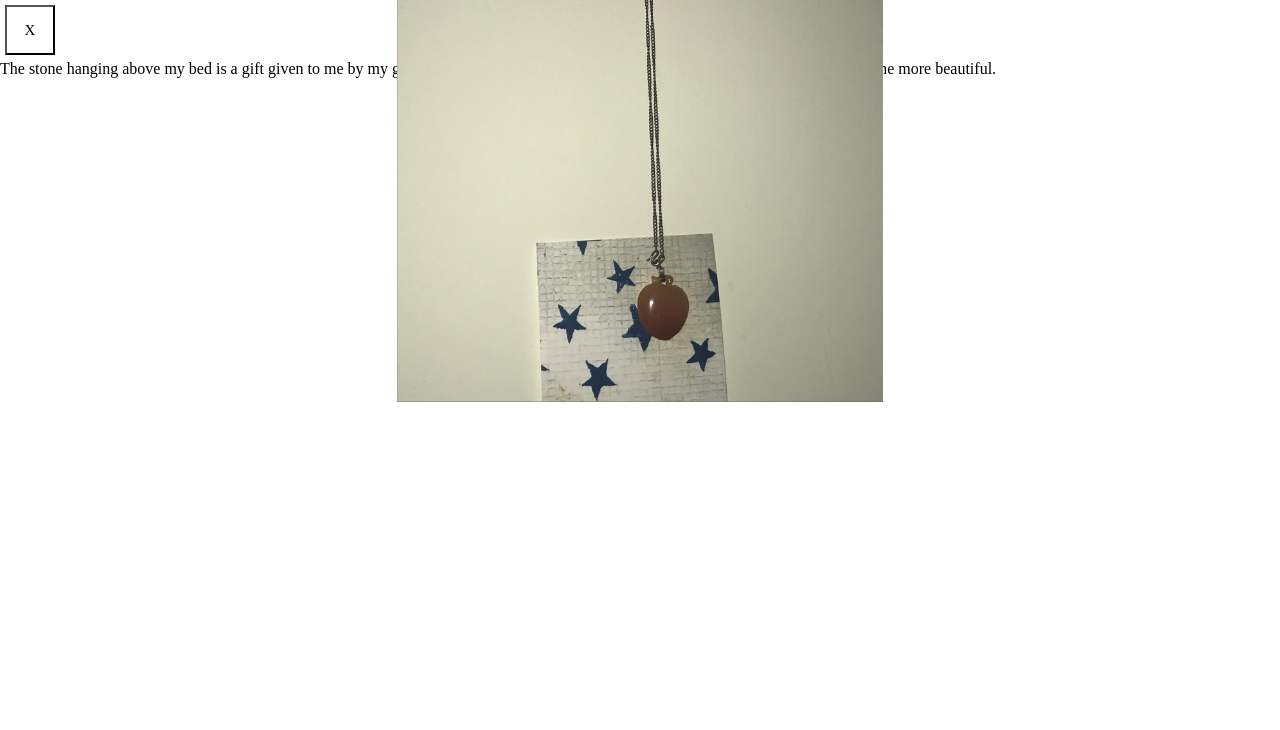
Repository: xuc009/assignment-4
Page: what.html
These files come from the project's save history. The page is drawn as it stood at one moment and after the next save; the edit follows.
The browser window is 1280 px wide. The pictures show the whole page.

Above is the page before, as saved 2019-12-11 16:21:04.
Console error: TypeError: Cannot read properties of null (reading 'addEventListener')

After the next save:
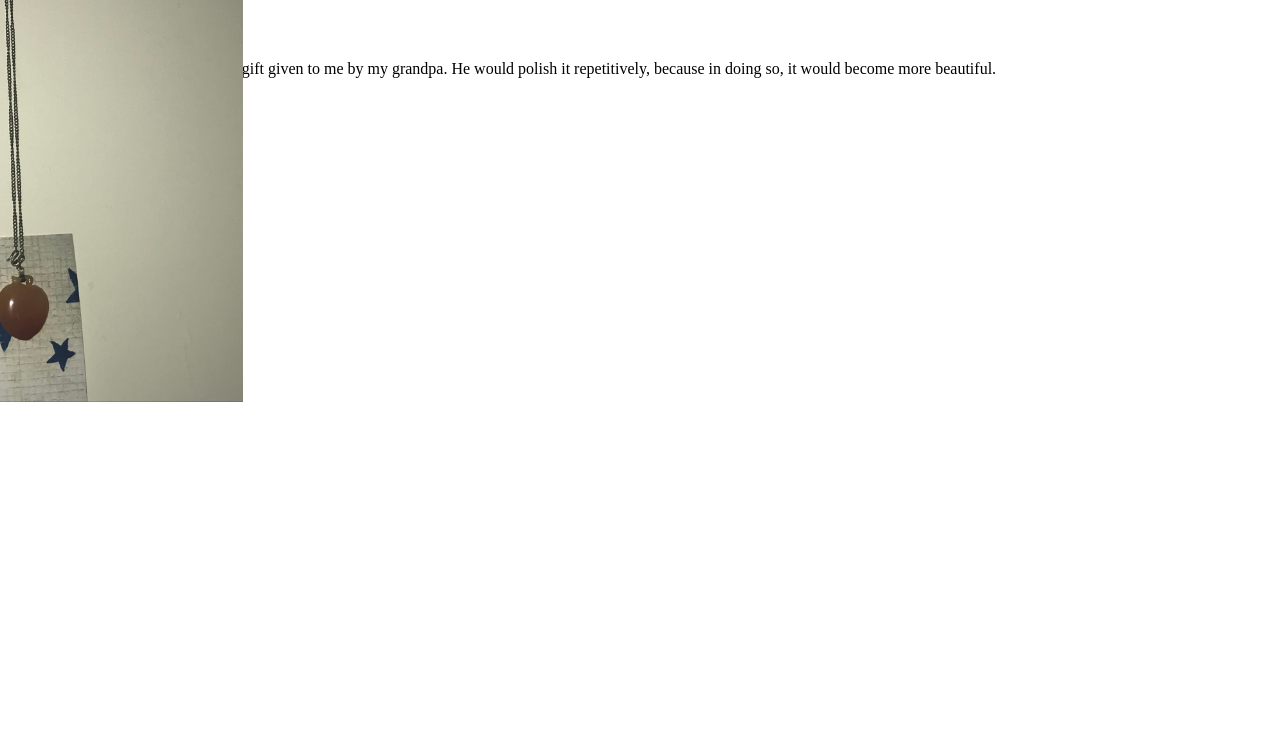
Saved 6 s later.
--- a/assets/style.css
+++ b/assets/style.css
@@ -34,9 +34,7 @@
 
 img{
 	height: 90vh;
-	position: relative;
-	top: 50%;
-	left: 50%;
+
 	transform: translate(-50%, -50%);
 }
 
